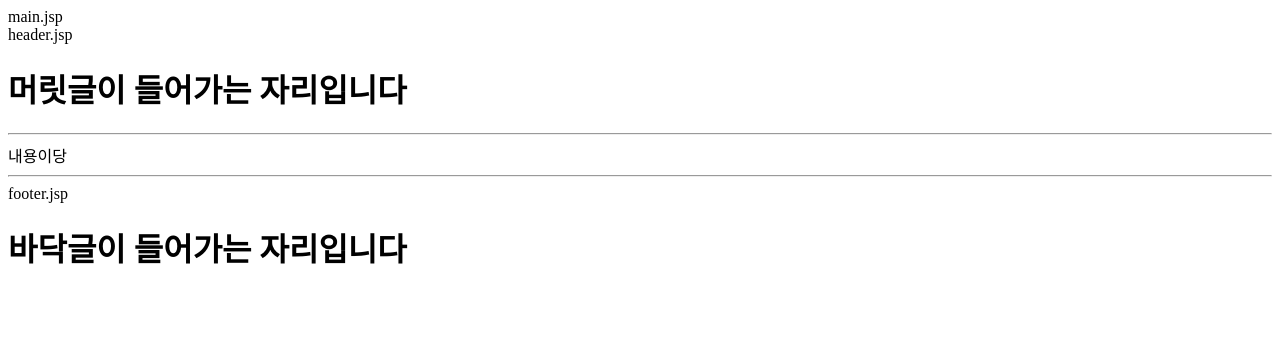
Repository: ryu1917/jsp
Page: http://localhost/jsp02/main.jsp
An editor plug-in stored every save of this project. The page is shown before and after the next save, followed by the edit.
The browser window is 1280 px wide. The pictures show the whole page.
The page is served by Tomcat 9.

Above is the page before, as saved 2021-04-21 08:11:59.

### workspace/jsp02/src/main/webapp/main.jsp

<%@ page language="java" contentType="text/html; charset=UTF-8"
    pageEncoding="UTF-8"%>
<!DOCTYPE html>
<html>
<head>
<meta charset="UTF-8">
<title>Insert title here</title>
</head>
<body>main.jsp<br>
<%@ include file="header.jsp" %>
<hr>내용이당<hr>
<%@ include file="footer.jsp" %>
</body>
</html>

### workspace/jsp02/src/main/webapp/header.jsp
<%@ page language="java" contentType="text/html; charset=UTF-8"
    pageEncoding="UTF-8"%>
<!DOCTYPE html>
<html>
<head>
<meta charset="UTF-8">
<title>Insert title here</title>
</head>
<body>header.jsp<br>
<h1>머릿글이 들어가는 자리입니다</h1>
</body>
</html>

### workspace/jsp02/src/main/webapp/footer.jsp
<%@ page language="java" contentType="text/html; charset=UTF-8"
    pageEncoding="UTF-8"%>
<!DOCTYPE html>
<html>
<head>
<meta charset="UTF-8">
<title>Insert title here</title>
</head>
<body>footer.jsp<br>
<h1>바닥글이 들어가는 자리입니다</h1>

</body>
</html>

After the next save:
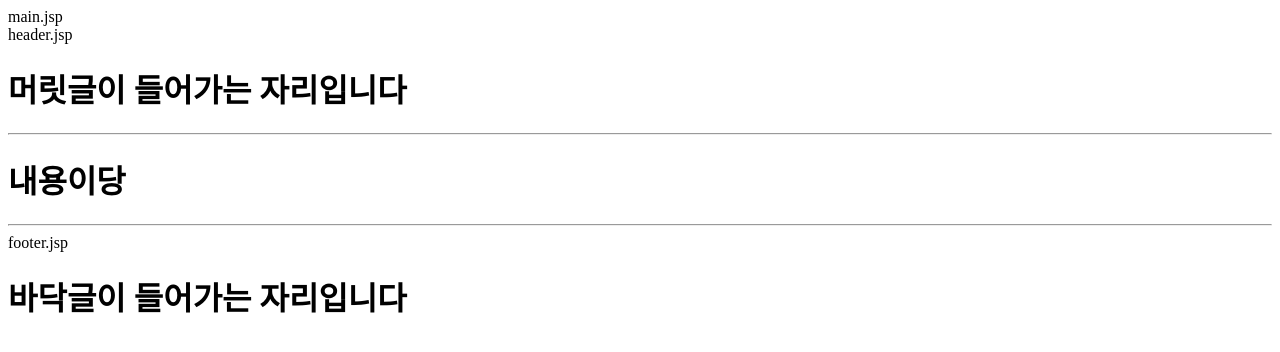
Saved 5 min 48 s later.
--- a/workspace/jsp02/src/main/webapp/main.jsp
+++ b/workspace/jsp02/src/main/webapp/main.jsp
@@ -9,7 +9,7 @@
 </head>
 <body>main.jsp<br>
 <%@ include file="header.jsp" %>
-<hr>내용이당<hr>
+<hr><h1>내용이당</h1><hr>
 <%@ include file="footer.jsp" %>
 </body>
 </html>
